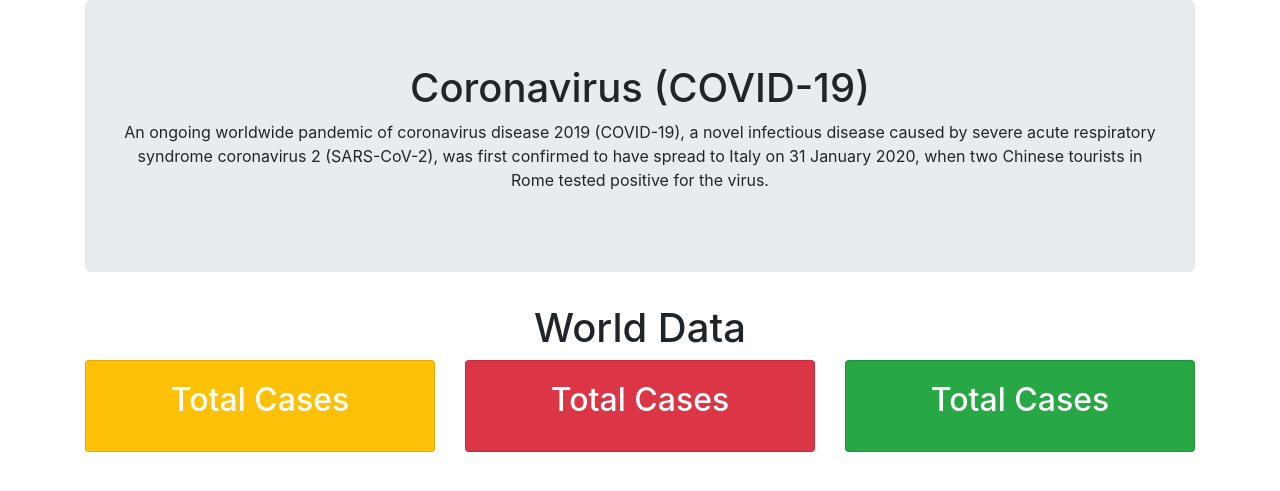
Repository: ahmadsaadkhan/react-covid-app
Page: /
An editor plug-in stored every save of this project. The page is shown before and after the next save, followed by the edit.
The browser window is 1280 px wide. The pictures show the whole page.
The page's requests for data from a server got no answer. The project was rebuilt for these pictures with package versions that can differ from the ones it lists, and the page was loaded fresh each time. No one was signed in, and anything a server would have sent is missing.

Above is the page before, as saved 2021-04-19 15:57:53.

After the next save:
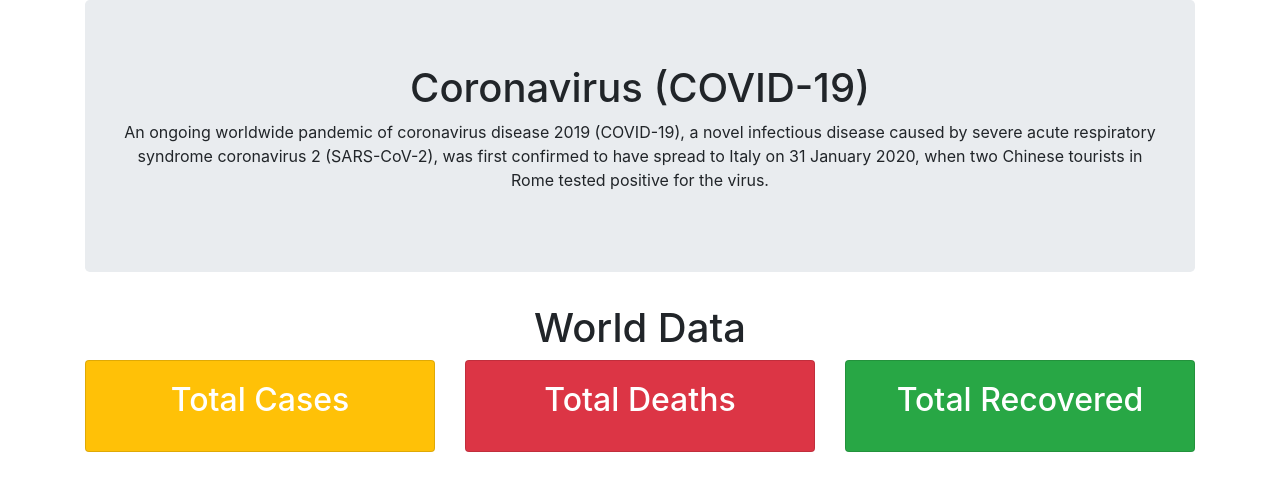
Saved 35 s later.
--- a/src/App.js
+++ b/src/App.js
@@ -53,7 +53,7 @@ function App() {
           <div className="col-md-4">
             <div className="card text-white bg-danger mb-3">
               <div className="card-body">
-                <h2 className="card-title"> Total Cases</h2>
+                <h2 className="card-title"> Total Deaths</h2>
                 <p className="card-text h3">{Covid_Data && Covid_Data[0].TotalDeaths}</p>
               </div>
             </div>
@@ -61,7 +61,7 @@ function App() {
           <div className="col-md-4">
             <div className="card text-white bg-success mb-3">
               <div className="card-body">
-                <h2 className="card-title"> Total Cases</h2>
+                <h2 className="card-title"> Total Recovered</h2>
                 <p className="card-text h3">{Covid_Data && Covid_Data[0].TotalRecovered}</p>
               </div>
             </div>
